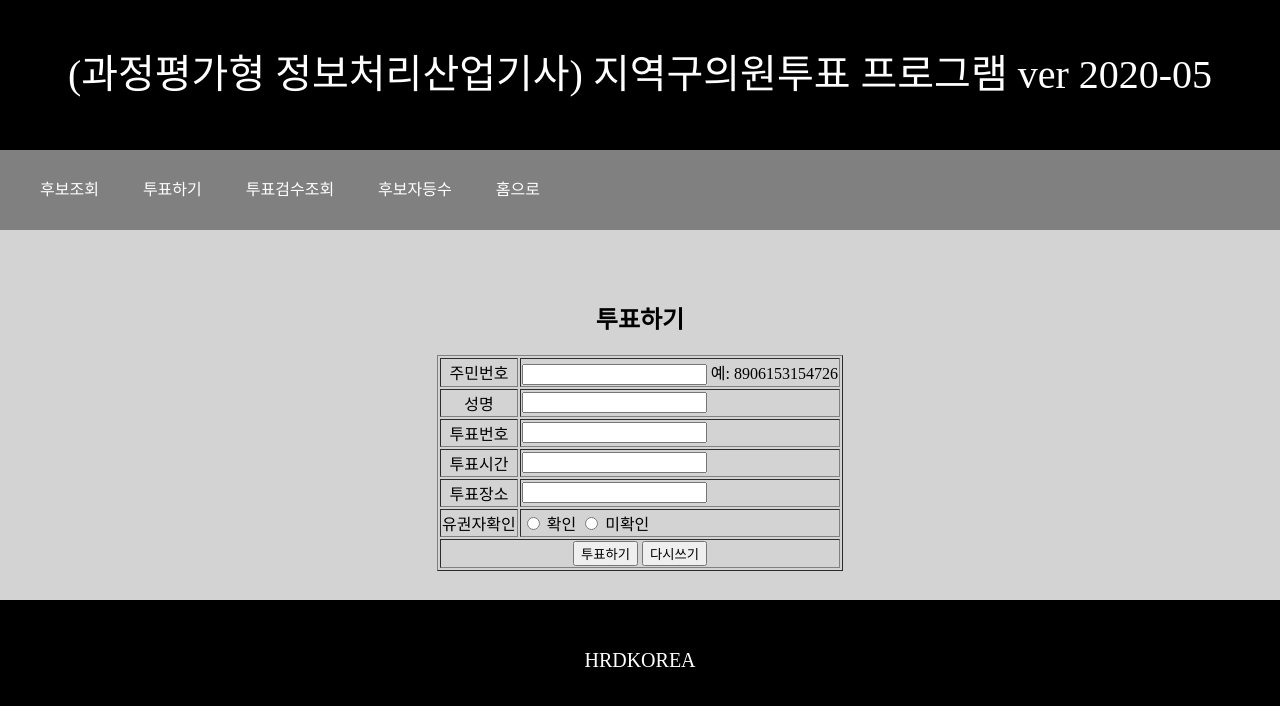
Repository: junhee97/-
Page: http://localhost/HRD_03/vote.jsp
These files come from the project's save history. The page is drawn as it stood at one moment and after the next save; the edit follows.
The browser window is 1280 px wide. The pictures show the whole page.
The page is served by Tomcat 9.

Above is the page before, as saved 2025-08-14 12:43:50.

### HRD_03/WebContent/vote.jsp
<%@ page language="java" contentType="text/html; charset=UTF-8"
    pageEncoding="UTF-8"%>
<!DOCTYPE html PUBLIC "-//W3C//DTD HTML 4.01 Transitional//EN" "http://www.w3.org/TR/html4/loose.dtd">
<html>
<head>
<meta http-equiv="Content-Type" content="text/html; charset=UTF-8">
<title>Insert title here</title>
</head>
<body>

<jsp:include page="header.jsp"></jsp:include>

<section style="position: fixed; top: 230px; left: 0px; width: 100%; height: 100%; background-color: lightgray;">
<h2 style="text-align: center; padding-top: 50px;">투표하기</h2>

<form style = "display: flex; align-items: center; justify-content: center; ">
	<table border = "1">
		<tr>
			<td style = "text-align: center;">주민번호</td>
			<td>
				<input type = "text" name = "v_jumin"> 예: 8906153154726
			</td>
		</tr>
		<tr>
			<td style = "text-align: center;">성명</td>
			<td>
				<input type = "text" name = "v_name">
			</td>
		</tr>
		<tr>
			<td style = "text-align: center;">투표번호</td>
			<td>
				<input type = "select">
			</td>
		</tr>
		<tr>
			<td style = "text-align: center;">투표시간</td>
			<td>
				<input type = "text">
			</td>
		</tr>
		<tr>
			<td style = "text-align: center;">투표장소</td>
			<td>
				<input type = "text">
			</td>
		</tr>
		<tr>
			<td style = "text-align: center;">유권자확인</td>
			<td>
				<input type = "radio"> 확인
				<input type = "radio"> 미확인
			</td>
		</tr>
		<tr>
			<td colspan="2" style = "text-align: center;">
				<input type = "button" value = "투표하기">
				<input type = "button" value = "다시쓰기">
			</td>
		</tr>
	</table>
</form>

</section>

<jsp:include page="footer.jsp"></jsp:include>


</body>
</html>

### HRD_03/WebContent/header.jsp
<%@ page language="java" contentType="text/html; charset=UTF-8"
    pageEncoding="UTF-8"%>
<!DOCTYPE html PUBLIC "-//W3C//DTD HTML 4.01 Transitional//EN" "http://www.w3.org/TR/html4/loose.dtd">
<html>
<head>
<meta http-equiv="Content-Type" content="text/html; charset=UTF-8">
<title>Insert title here</title>

<style>
	a{
		text-decoration: none;
		color: white;
	}
</style>

</head>
<body>

	<header style="position:fixed; top:0px; left:0px; width:100%; height: 150px; line-height: 150px; background-color: black; color: white; text-align: center; font-size: 40px;">
		(과정평가형 정보처리산업기사) 지역구의원투표 프로그램 ver 2020-05
	</header>

	<nav style="position: fixed; top: 150px; left: 0px; width: 100%; height: 80px; line-height: 80px; background-color: gray; padding-left: 40px;">
		<a href="m_list.jsp">후보조회</a> &nbsp; &nbsp; &nbsp; &nbsp; &nbsp;
		<a href="vote.jsp">투표하기</a> &nbsp; &nbsp; &nbsp; &nbsp; &nbsp;
		<a href="v_list.jsp">투표검수조회</a> &nbsp; &nbsp; &nbsp; &nbsp; &nbsp;
		<a href="rank.jsp">후보자등수</a> &nbsp; &nbsp; &nbsp; &nbsp; &nbsp;
		<a href="index.jsp">홈으로</a>
	</nav>

</body>
</html>

### HRD_03/WebContent/footer.jsp
<%@ page language="java" contentType="text/html; charset=UTF-8"
    pageEncoding="UTF-8"%>
<!DOCTYPE html PUBLIC "-//W3C//DTD HTML 4.01 Transitional//EN" "http://www.w3.org/TR/html4/loose.dtd">
<html>
<head>
<meta http-equiv="Content-Type" content="text/html; charset=UTF-8">
<title>Insert title here</title>
</head>
<body>

	<footer style="position: fixed; bottom: 0px; left: 0px; width: 100%; height: 120px; line-height: 120px; text-align: center; background-color: black; color: white; font-size: 20px;">
		HRDKOREA
	</footer>

</body>
</html>

After the next save:
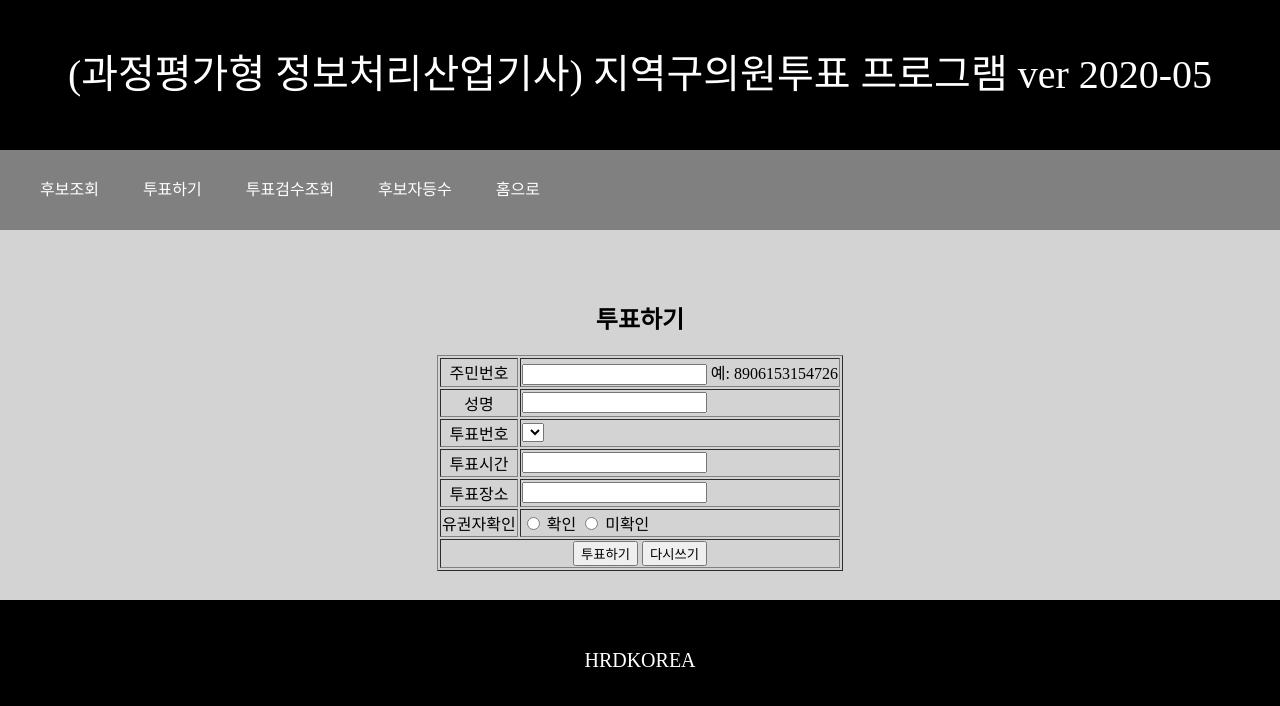
Saved 18 s later.
--- a/HRD_03/WebContent/vote.jsp
+++ b/HRD_03/WebContent/vote.jsp
@@ -30,7 +30,9 @@
 		<tr>
 			<td style = "text-align: center;">투표번호</td>
 			<td>
-				<input type = "select">
+				<select>
+					<option></option>
+				</select>
 			</td>
 		</tr>
 		<tr>
